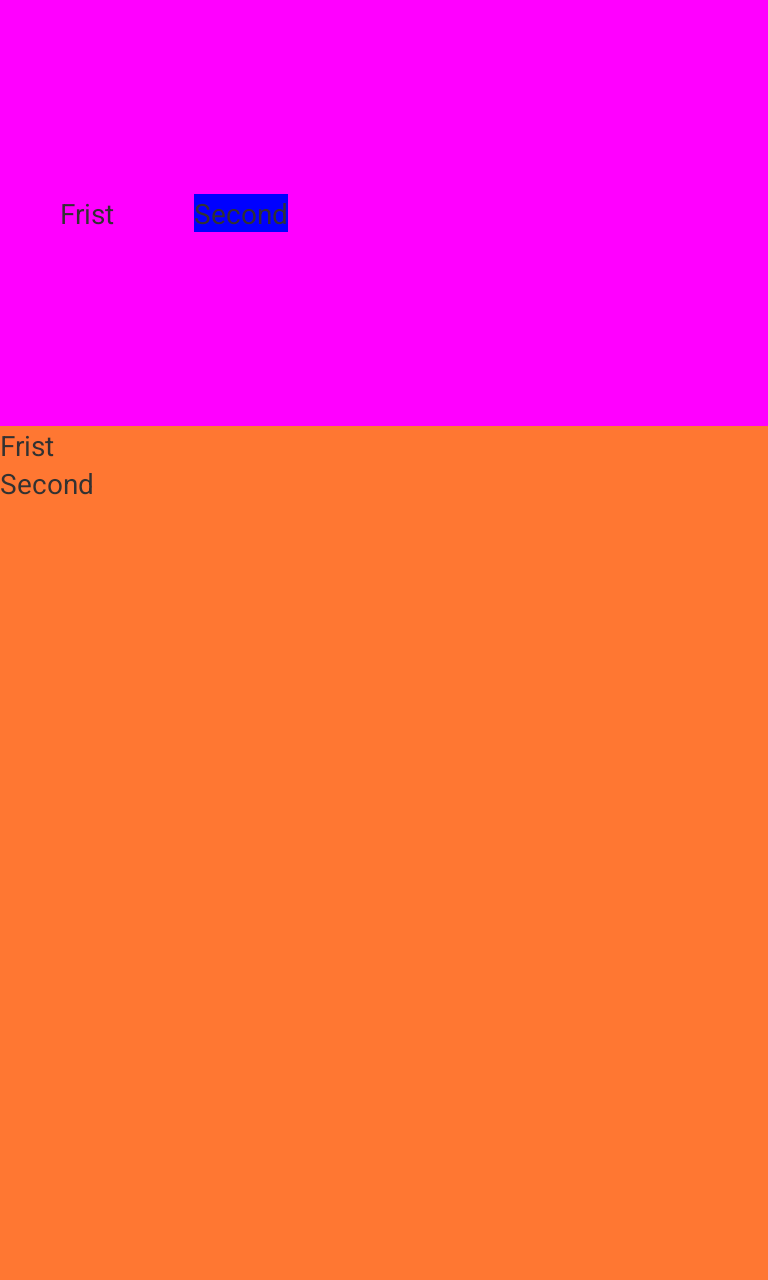
Repository: ling-cen/demo
Layout: Layout_1/res/layout/linner_layout_4.xml
These files come from the project's save history. The layout is drawn as it stood at one moment and after the next save; the edit follows.
It is drawn on a 768 x 1280 px phone screen (xhdpi) without system bars, with theme AppTheme; the app's code is not run.

Above is the layout before, as saved 2018-12-12 09:21:31.

### Layout_1/res/layout/linner_layout_4.xml
<?xml version="1.0" encoding="utf-8"?>
<LinearLayout xmlns:android="http://schemas.android.com/apk/res/android"
    android:layout_width="match_parent"
    android:layout_height="match_parent"
    android:orientation="vertical" >

    <LinearLayout
        android:layout_width="match_parent"
        android:layout_height="0dp"
        android:layout_weight="1"
        android:background="#ff00ff"
        android:orientation="horizontal" >

        <TextView
            android:layout_width="wrap_content"
            android:layout_height="wrap_content"
            android:background="#ff00ff"
            android:layout_margin="30dp"
            android:layout_gravity="center_vertical"
            android:text="Frist" />

        <TextView
            android:layout_width="wrap_content"
            android:layout_height="wrap_content"
            android:background="#0000ff"
            android:layout_marginLeft="10dp"
            android:layout_gravity="center_vertical"
            android:gravity="center"
            android:text="Second" />
    </LinearLayout>

    <LinearLayout
        android:layout_width="match_parent"
        android:layout_height="0dp"
        android:layout_weight="2"
        android:background="#ff7732"
        android:orientation="vertical" >

        <TextView
            android:layout_width="wrap_content"
            android:layout_height="wrap_content"
            android:text="Frist" />

        <TextView
            android:layout_width="wrap_content"
            android:layout_height="wrap_content"
            android:text="Second" />
    </LinearLayout>

</LinearLayout>

Loaded but not shown: Layout_1/res/values/styles.xml (common file); Layout_1/res/values-v11/styles.xml (common file); Layout_1/res/values-v14/styles.xml (common file)

After the next save:
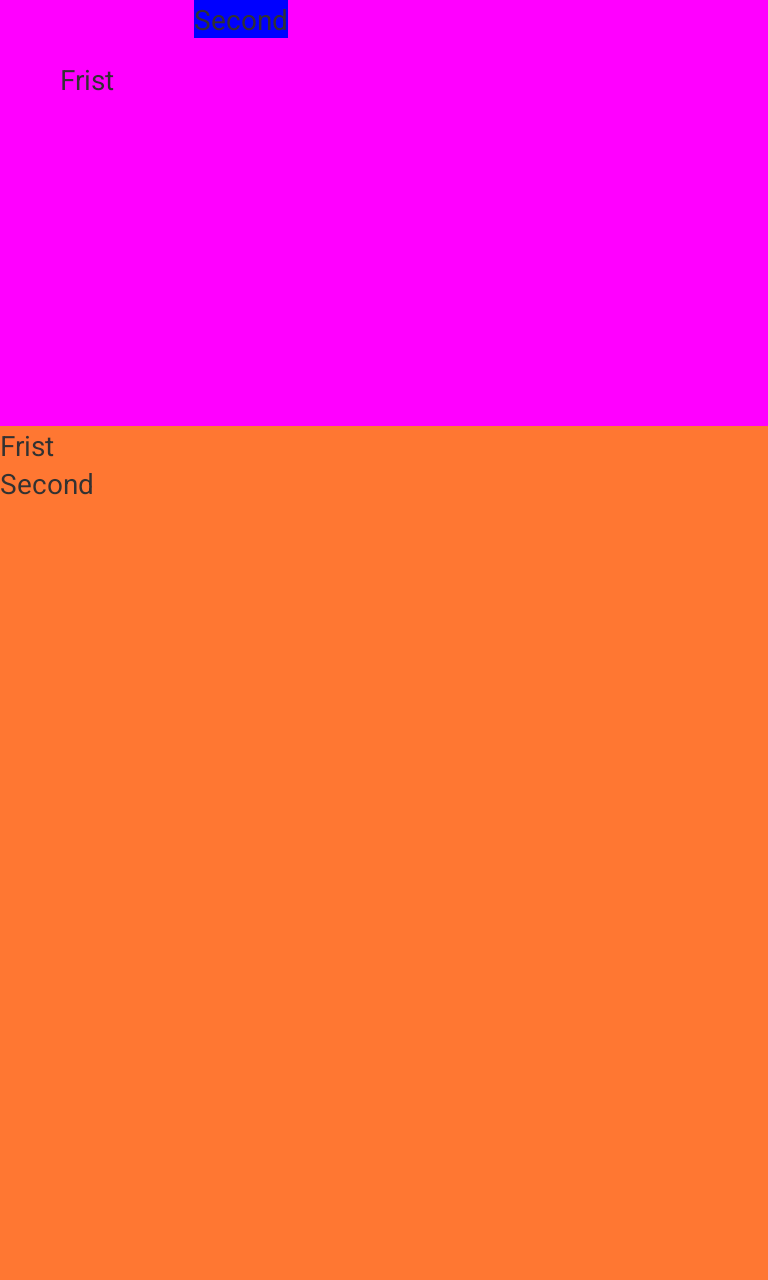
Saved 2 min 5 s later.
--- a/Layout_1/res/layout/linner_layout_4.xml
+++ b/Layout_1/res/layout/linner_layout_4.xml
@@ -13,20 +13,20 @@
 
         <TextView
             android:layout_width="wrap_content"
-            android:layout_height="wrap_content"
+            android:layout_height="48dp"
+            android:layout_margin="30dp"
             android:background="#ff00ff"
-            android:layout_margin="30dp"
-            android:layout_gravity="center_vertical"
             android:text="Frist" />
 
         <TextView
             android:layout_width="wrap_content"
             android:layout_height="wrap_content"
+            android:layout_marginLeft="10dp"
             android:background="#0000ff"
-            android:layout_marginLeft="10dp"
-            android:layout_gravity="center_vertical"
             android:gravity="center"
+            android:layout_gravity="center_horizontal"
             android:text="Second" />
+
     </LinearLayout>
 
     <LinearLayout
